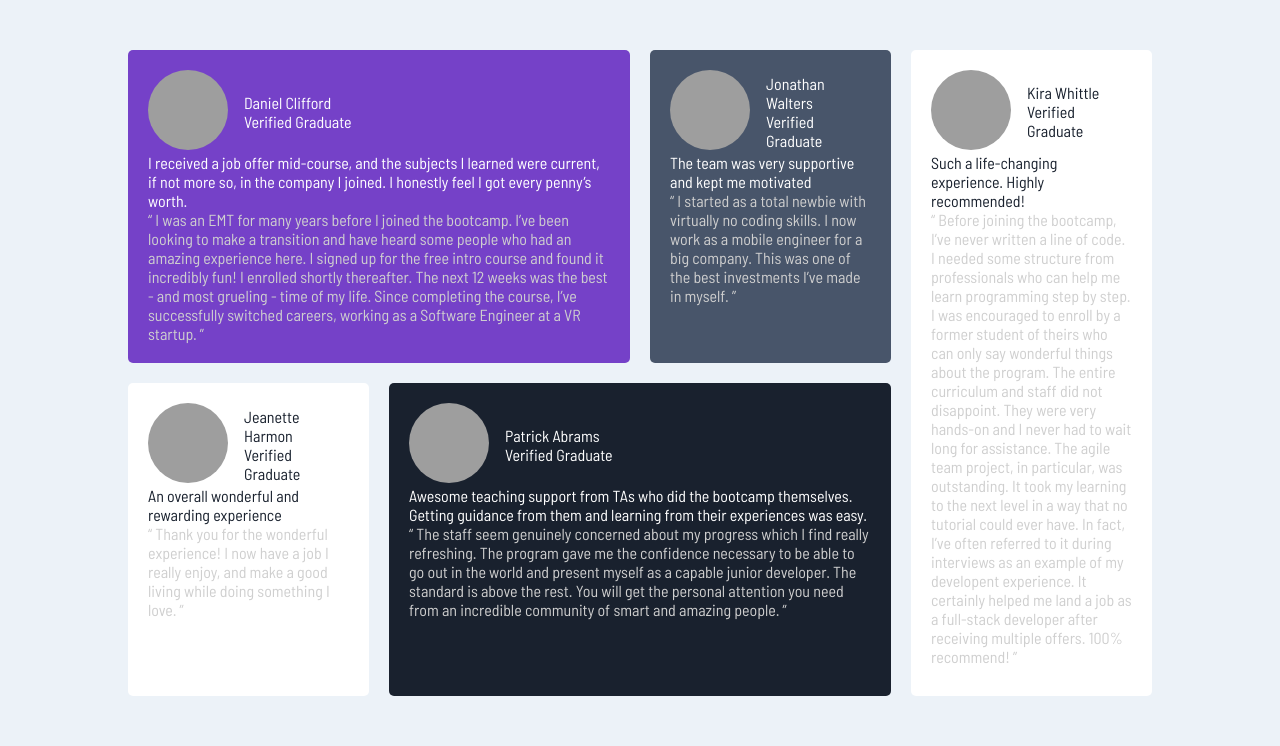
Repository: nptg3105/lab02-testimonials-grid
Page: index.html
These files come from the project's save history. The page is drawn as it stood at one moment and after the next save; the edit follows.
The browser window is 1280 px wide. The pictures show the whole page.
Pictures or frames that could not be fetched are drawn as grey boxes. The style sheet was rebuilt from its Sass, Less or Tailwind sources for each picture, by a compiler version that may differ from the author's.

Above is the page before, as saved 2021-12-08 05:58:23.

After the next save:
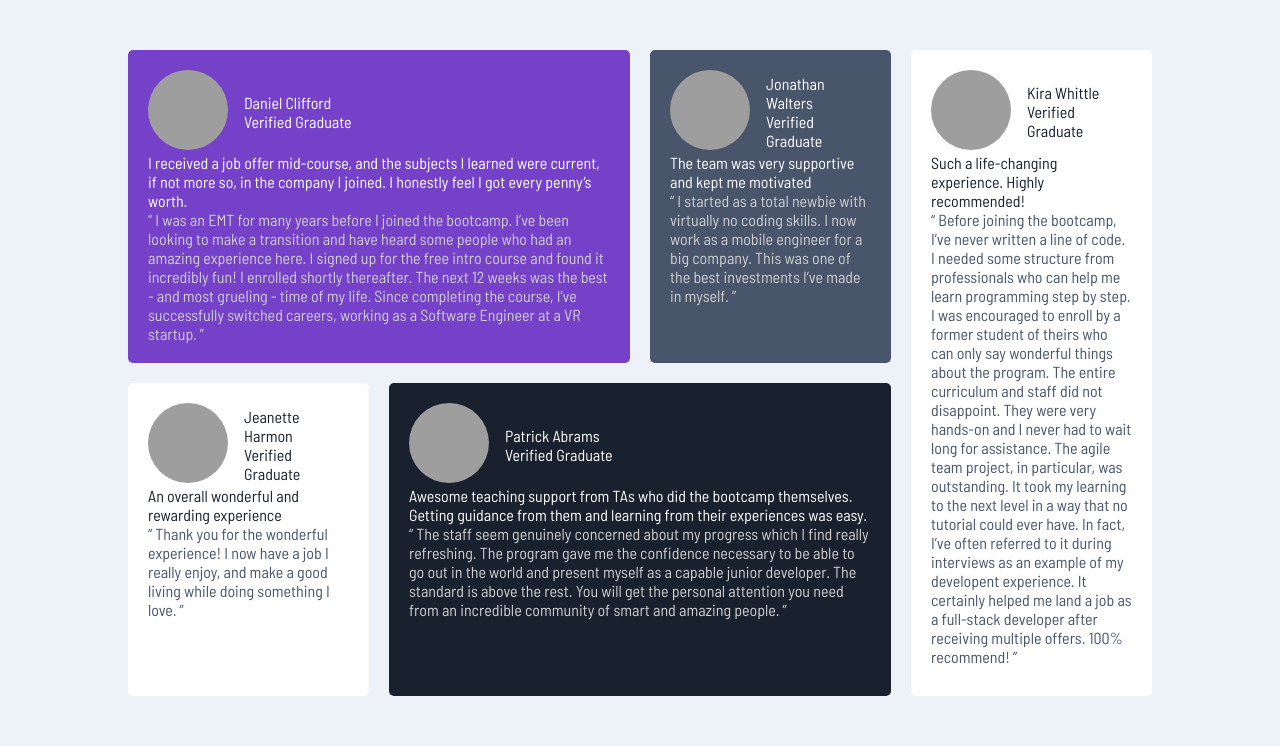
Saved 5 s later.
--- a/style.scss
+++ b/style.scss
@@ -71,6 +71,10 @@ body {
     &__desc {
         color: $light-grey-color;
     }
+
+    &__desc--grey {
+        color: $grey-color;
+    }
 }
 
 .author {
